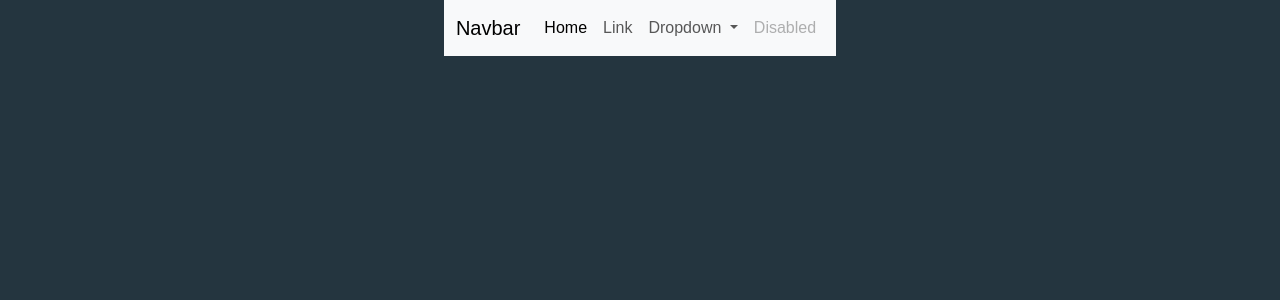
Repository: bodajava/TASK-4
Page: theerdIndex.html
These files come from the project's save history. The page is drawn as it stood at one moment and after the next save; the edit follows.
The browser window is 1280 px wide. The pictures show the whole page.

Above is the page before, as saved 2025-06-18 05:24:40.

After the next save:
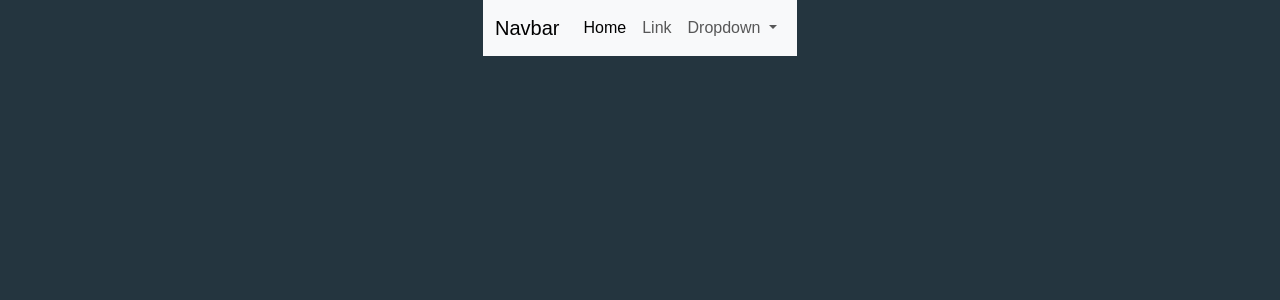
Saved 8 s later.
--- a/theerdIndex.html
+++ b/theerdIndex.html
@@ -41,19 +41,7 @@
               >
                 Dropdown
               </a>
-              <ul class="dropdown-menu">
-                <li><a class="dropdown-item" href="#">Action</a></li>
-                <li><a class="dropdown-item" href="#">Another action</a></li>
-                <li><hr class="dropdown-divider" /></li>
-                <li>
-                  <a class="dropdown-item" href="#">Something else here</a>
-                </li>
-              </ul>
-            </li>
-            <li class="nav-item">
-              <a class="nav-link disabled" aria-disabled="true">Disabled</a>
-            </li>
-          </ul>
+
 
         </div>
       </div>
